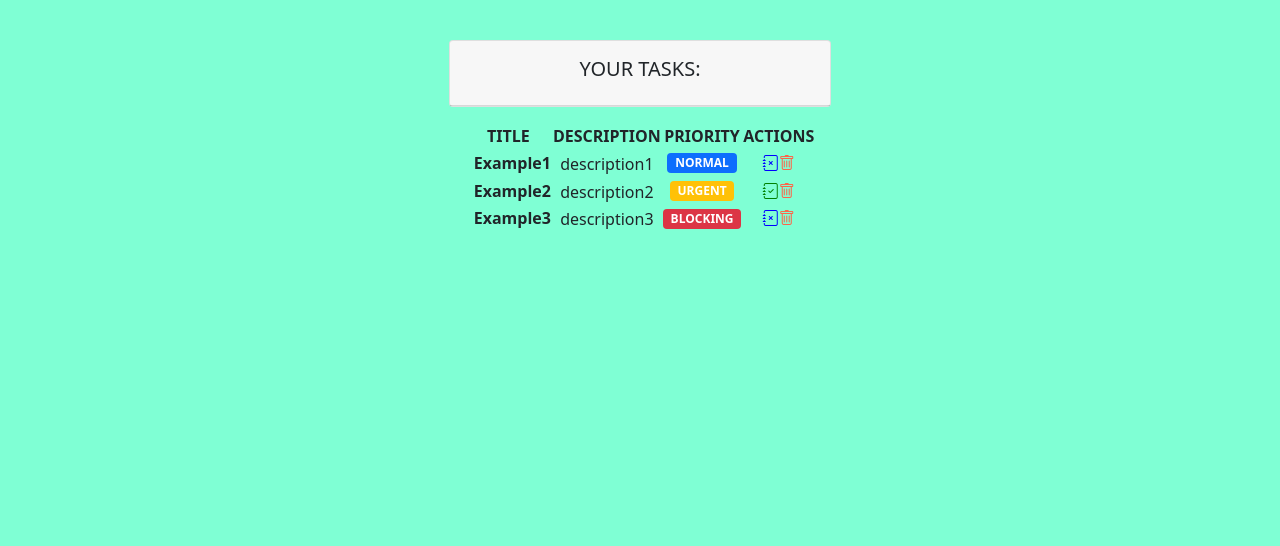
Repository: abgdev1997/proyecto-evo
Page: /
These files come from the project's save history. The page is drawn as it stood at one moment and after the next save; the edit follows.
The browser window is 1280 px wide. The pictures show the whole page.
The project was rebuilt for these pictures with package versions that can differ from the ones it lists, and the page was loaded fresh each time.

Above is the page before, as saved 2022-01-27 13:00:25.

After the next save:
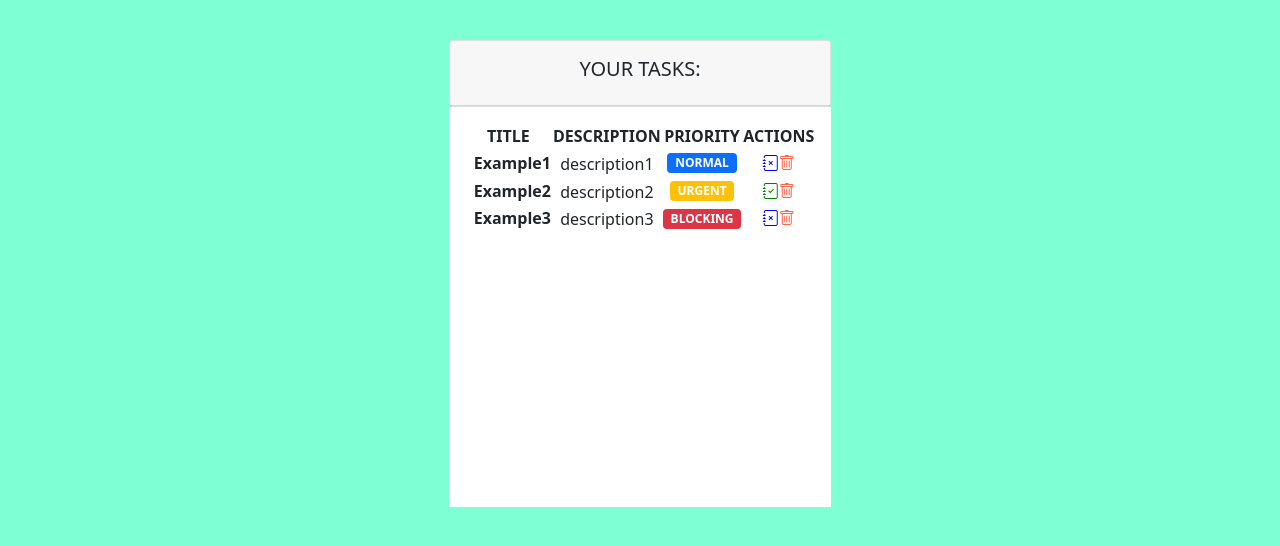
Saved 2 min 16 s later.
--- a/src/components/container/task_list.jsx
+++ b/src/components/container/task_list.jsx
@@ -44,7 +44,7 @@ const TaskList = () => {
                     </div>
                 </div>
                 {/* CARD BODY (CONTENT) */}
-                <div className='card-body' data-mdb-perfect-scrollbar='true' style={ {position: 'relative', height:'400px'} }>
+                <div className='card-body' data-mdb-perfect-scrollbar='true' style={ {position: 'relative', height:'400px', backgroundColor:'white'} }>
                     <table>
                         <thead>
                             <tr>
